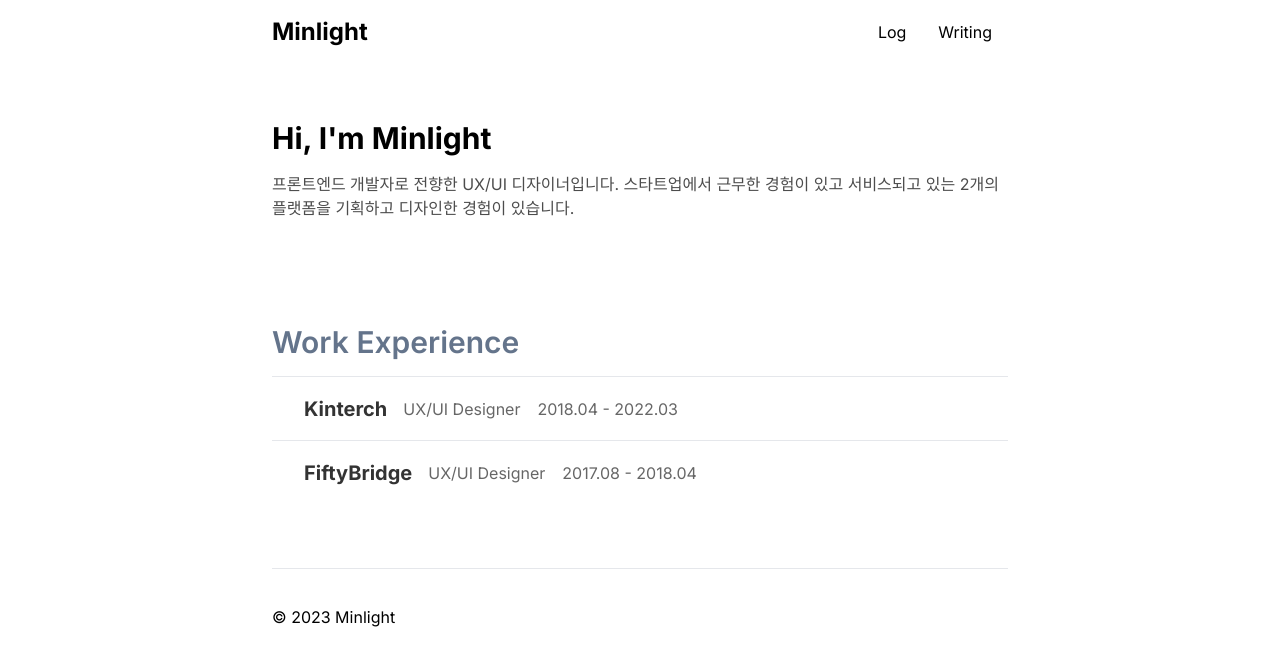
Repository: kwngmin/minlight-log
Page: /
These files come from the project's save history. The page is drawn as it stood at one moment and after the next save; the edit follows.
The browser window is 1280 px wide. The pictures show the whole page.
The project was rebuilt for these pictures with package versions that can differ from the ones it lists, and the page was loaded fresh each time. The framework's server and built-in components were replaced by stand-ins that run in the browser. Also part of the build but not shown: next.config.js.

Above is the page before, as saved 2023-04-04 16:16:03.

### src/app/layout.tsx
import "./globals.css";
import Footer from "@/components/Footer";
import Header from "@/components/Header";

import { Inter } from "next/font/google";
const inter = Inter({ subsets: ["latin"] });

export const metadata = {
  title: {
    default: "Minlight",
    template: "Minlight | %s",
  },
  description: "Minlight log",
};

export default function RootLayout({
  children,
}: {
  children: React.ReactNode;
}) {
  return (
    <html lang="en" className={inter.className}>
      <body className="flex flex-col max-w-screen-md mx-auto px-4">
        <Header />
        <main className="">{children}</main>
        <Footer />
      </body>
    </html>
  );
}

### src/app/page.tsx
import Table from "@/components/Table";
import Title from "@/components/Title";

const titleData = {
  title: `Hi, I'm Minlight`,
  description: `프론트엔드 개발자로 전향한 UX/UI 디자이너입니다. 스타트업에서 근무한
경험이 있고 서비스되고 있는 2개의 플랫폼을 기획하고 디자인한 경험이 있습니다.`,
};

const careerData = [
  {
    head: "Kinterch",
    content: "UX/UI Designer",
    period: "2018.04 - 2022.03",
  },
  {
    head: "FiftyBridge",
    content: "UX/UI Designer",
    period: "2017.08 - 2018.04",
  },
];

const educateData = [
  {
    head: "CodeStates",
    content: "Software Engineering Bootcamp · Frontend",
    period: "2022.06 - 2022.12",
  },
  {
    head: "IDAS, Hongik Univeristy",
    content: "Digital Media Design Major · Master of Design",
    period: "2013.03 - 2015.02",
  },
  {
    head: "Kangnam University",
    content: "Visual Design Major · Bachelor of Fine Arts",
    period: "2005.03 - 2012.02",
  },
];

export default function Home() {
  return (
    <section>
      <Title titleData={titleData} />
      <Table tableData={careerData} subject="Work Experience" />
    </section>
  );
}

### src/app/globals.css
@tailwind base;
@tailwind components;
@tailwind utilities;

* {
  box-sizing: border-box;
  padding: 0;
  margin: 0;
}
/*
:root {
  --max-width: 1100px;
  --border-radius: 12px;
  --font-mono: ui-monospace, Menlo, Monaco, "Cascadia Mono", "Segoe UI Mono",
    "Roboto Mono", "Oxygen Mono", "Ubuntu Monospace", "Source Code Pro",
    "Fira Mono", "Droid Sans Mono", "Courier New", monospace;

  --foreground-rgb: 0, 0, 0;
  --background-start-rgb: 214, 219, 220;
  --background-end-rgb: 255, 255, 255;

  --primary-glow: conic-gradient(
    from 180deg at 50% 50%,
    #16abff33 0deg,
    #0885ff33 55deg,
    #54d6ff33 120deg,
    #0071ff33 160deg,
    transparent 360deg
  );
  --secondary-glow: radial-gradient(
    rgba(255, 255, 255, 1),
    rgba(255, 255, 255, 0)
  );

  --tile-start-rgb: 239, 245, 249;
  --tile-end-rgb: 228, 232, 233;
  --tile-border: conic-gradient(
    #00000080,
    #00000040,
    #00000030,
    #00000020,
    #00000010,
    #00000010,
    #00000080
  );

  --callout-rgb: 238, 240, 241;
  --callout-border-rgb: 172, 175, 176;
  --card-rgb: 180, 185, 188;
  --card-border-rgb: 131, 134, 135;
}

@media (prefers-color-scheme: dark) {
  :root {
    --foreground-rgb: 255, 255, 255;
    --background-start-rgb: 0, 0, 0;
    --background-end-rgb: 0, 0, 0;

    --primary-glow: radial-gradient(rgba(1, 65, 255, 0.4), rgba(1, 65, 255, 0));
    --secondary-glow: linear-gradient(
      to bottom right,
      rgba(1, 65, 255, 0),
      rgba(1, 65, 255, 0),
      rgba(1, 65, 255, 0.3)
    );

    --tile-start-rgb: 2, 13, 46;
    --tile-end-rgb: 2, 5, 19;
    --tile-border: conic-gradient(
      #ffffff80,
      #ffffff40,
      #ffffff30,
      #ffffff20,
      #ffffff10,
      #ffffff10,
      #ffffff80
    );

    --callout-rgb: 20, 20, 20;
    --callout-border-rgb: 108, 108, 108;
    --card-rgb: 100, 100, 100;
    --card-border-rgb: 200, 200, 200;
  }
}

* {
  box-sizing: border-box;
  padding: 0;
  margin: 0;
}

html,
body {
  max-width: 100vw;
  overflow-x: hidden;
}

body {
  color: rgb(var(--foreground-rgb));
  background: linear-gradient(
      to bottom,
      transparent,
      rgb(var(--background-end-rgb))
    )
    rgb(var(--background-start-rgb));
}

a {
  color: inherit;
  text-decoration: none;
}

@media (prefers-color-scheme: dark) {
  html {
    color-scheme: dark;
  }
} */

### src/components/Footer.tsx
export default function Footer() {
  return (
    <section className="h-24 flex items-center border-t mt-8">
      © 2023 Minlight
    </section>
  );
}

### src/components/Header.tsx
import Link from "next/link";

const navList = [
  { name: "Log", url: "/log" },
  { name: "Writing", url: "/log" },
];

export default function Header() {
  return (
    <section className="h-16 flex items-center justify-between">
      <Link href="/" className="text-2xl font-bold">
        Minlight
      </Link>
      <nav className="">
        {navList.map(({ name, url }) => (
          <Link href={url} key={name} className="px-4">
            {name}
          </Link>
        ))}
      </nav>
    </section>
  );
}

### src/components/Table.tsx
type Props = {
  tableData: {
    head: string;
    content: string;
    period: string;
  }[];
  subject: string;
};

export default function Table({ tableData, subject }: Props) {
  return (
    <article className="my-8">
      <h2 className="text-center lg:text-left text-3xl font-semibold text-slate-500 py-8 lg:py-4">
        {subject}
      </h2>
      <ul>
        {tableData.map(({ head, content, period }) => (
          <li
            key={head}
            className="flex flex-col justify-center lg:justify-start lg:flex-row items-center h-28 lg:h-16 border-t gap-0 lg:gap-4 px-4 lg:px-8"
          >
            <h3 className="font-bold text-xl text-black/80">{head}</h3>
            <section className="text-black/60 text-center lg:text-left flex items-center">
              {content}
              <span className="border-l text-xs mx-2 border-slate-400 shrink-0" />
              {period}
            </section>
          </li>
        ))}
      </ul>
    </article>
  );
}

### src/components/Title.tsx
type TitleData = {
  title: string;
  description: string;
};
export default function Title({ titleData }: { titleData: TitleData }) {
  const { title, description } = titleData;
  return (
    <div className="py-14">
      <h1 className="text-3xl font-bold mb-4">{title}</h1>
      <p className="text-black/70 break-keep">{description}</p>
    </div>
  );
}

Loaded but not shown: tailwind.config.js (common file)

After the next save:
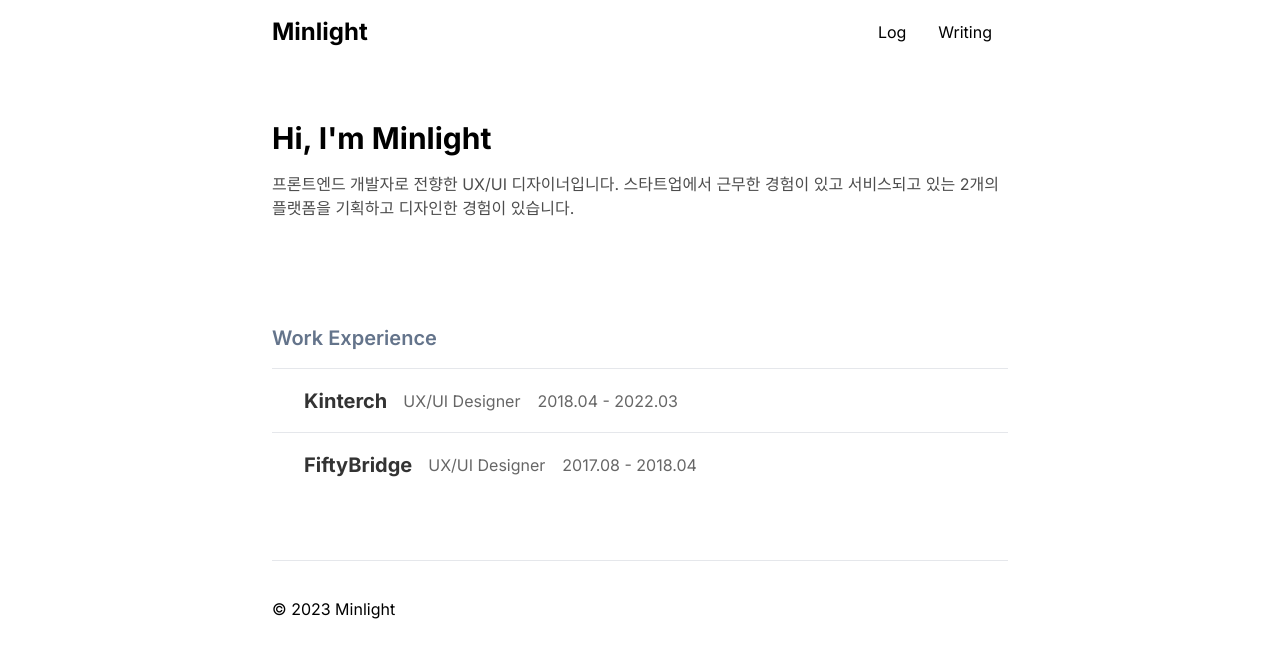
Saved 41 s later.
--- a/src/components/Table.tsx
+++ b/src/components/Table.tsx
@@ -10,7 +10,7 @@ type Props = {
 export default function Table({ tableData, subject }: Props) {
   return (
     <article className="my-8">
-      <h2 className="text-center lg:text-left text-3xl font-semibold text-slate-500 py-8 lg:py-4">
+      <h2 className="text-center lg:text-left text-xl font-semibold text-slate-500 py-8 lg:py-4">
         {subject}
       </h2>
       <ul>
@@ -22,7 +22,7 @@ export default function Table({ tableData, subject }: Props) {
             <h3 className="font-bold text-xl text-black/80">{head}</h3>
             <section className="text-black/60 text-center lg:text-left flex items-center">
               {content}
-              <span className="border-l text-xs mx-2 border-slate-400 shrink-0" />
+              <span className="border-l text-xs mx-2 border-slate-400 shrink-0 " />
               {period}
             </section>
           </li>
